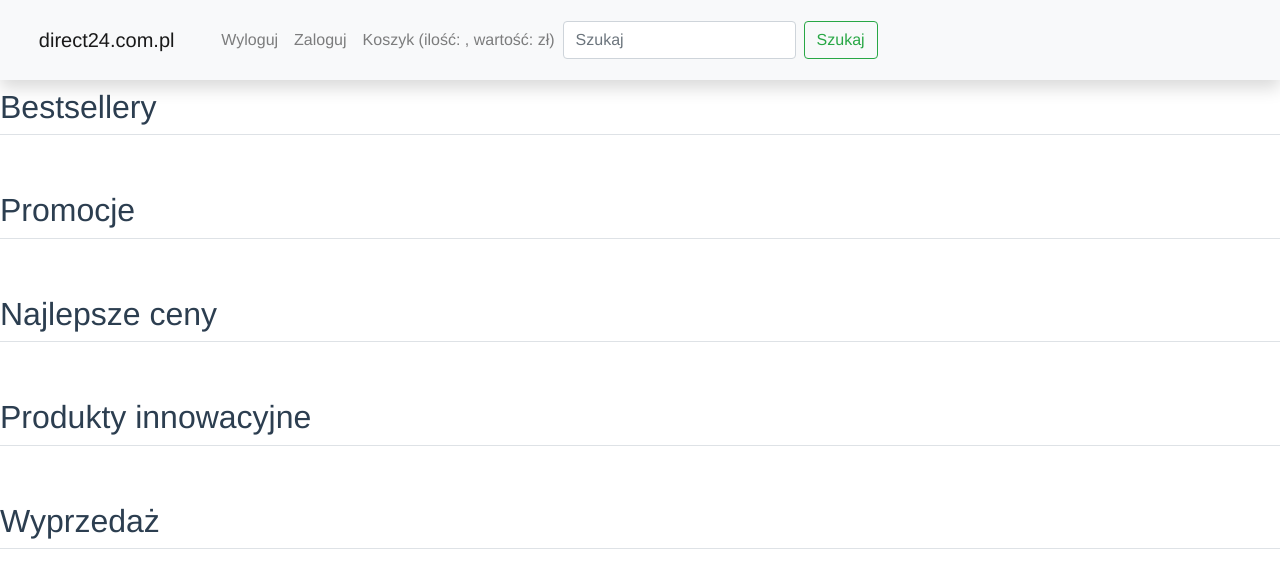
Repository: MichalDaniluk/pshop2
Page: / (app in pshop/)
These files come from the project's save history. The page is drawn as it stood at one moment and after the next save; the edit follows.
The browser window is 1280 px wide. The pictures show the whole page.
The page's requests for data from a server got no answer. Some web libraries are served in a nearby version. The project was rebuilt for these pictures with package versions that can differ from the ones it lists, and the page was loaded fresh each time. No one was signed in, and anything a server would have sent is missing.

Above is the page before, as saved 2019-02-02 22:37:29.

After the next save:
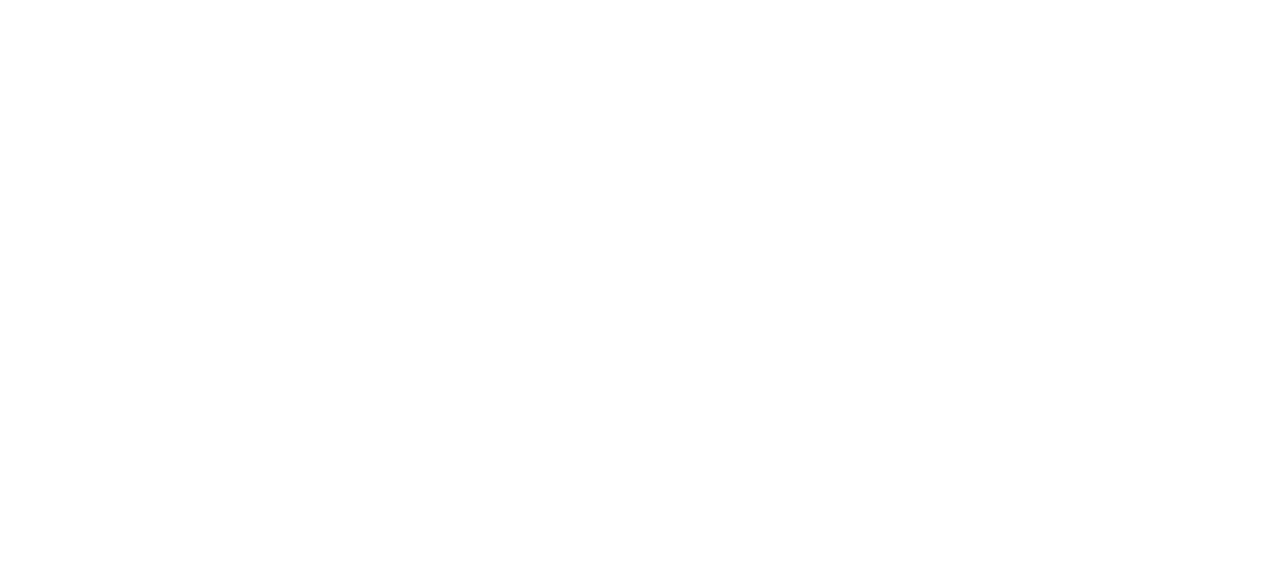
Console error: TypeError: Cannot read properties of undefined (reading '$route')
Saved 89 s later.
--- a/pshop/src/router.js
+++ b/pshop/src/router.js
@@ -24,6 +24,9 @@
       path: '/product/:id',
       name: 'product',
       component: Product,
+      params: {
+        id: this.$route.params.id
+      }
     }
   ]
 })

After the save that followed:
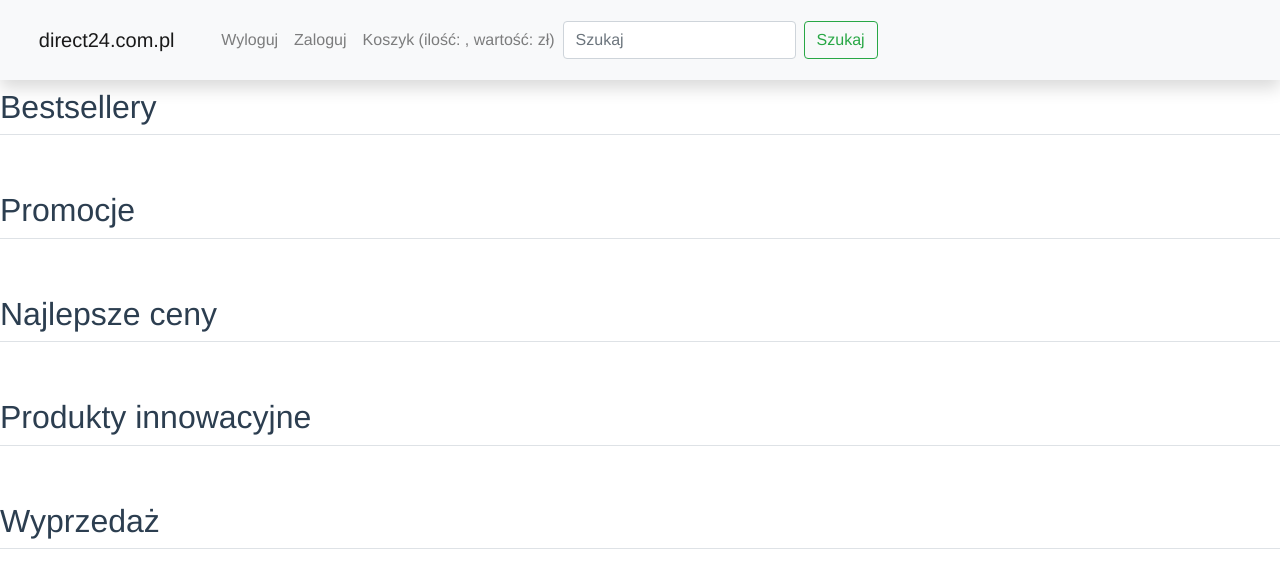
The error is gone.
Saved 21 s later.
--- a/pshop/src/router.js
+++ b/pshop/src/router.js
@@ -25,7 +25,7 @@
       name: 'product',
       component: Product,
       params: {
-        id: this.$route.params.id
+        id: 44
       }
     }
   ]
